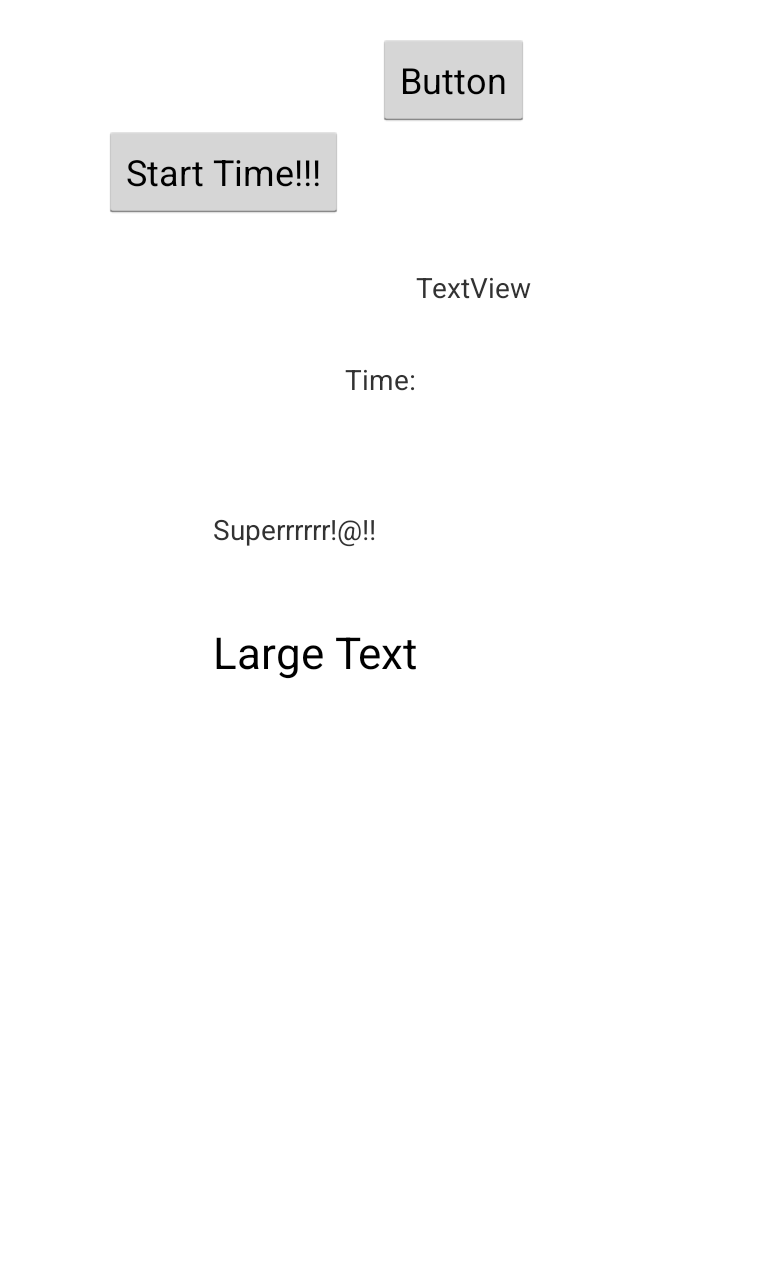
Repository: invader777/M-G
Layout: BrambrGambr/res/layout/activity_main_brambr.xml
An editor plug-in stored every save of this project. The layout is shown before and after the next save, followed by the edit.
It is drawn on a 768 x 1280 px phone screen (xhdpi) without system bars, with theme AppTheme; the app's code is not run.

Above is the layout before, as saved 2012-09-04 20:38:55.

After the next save:
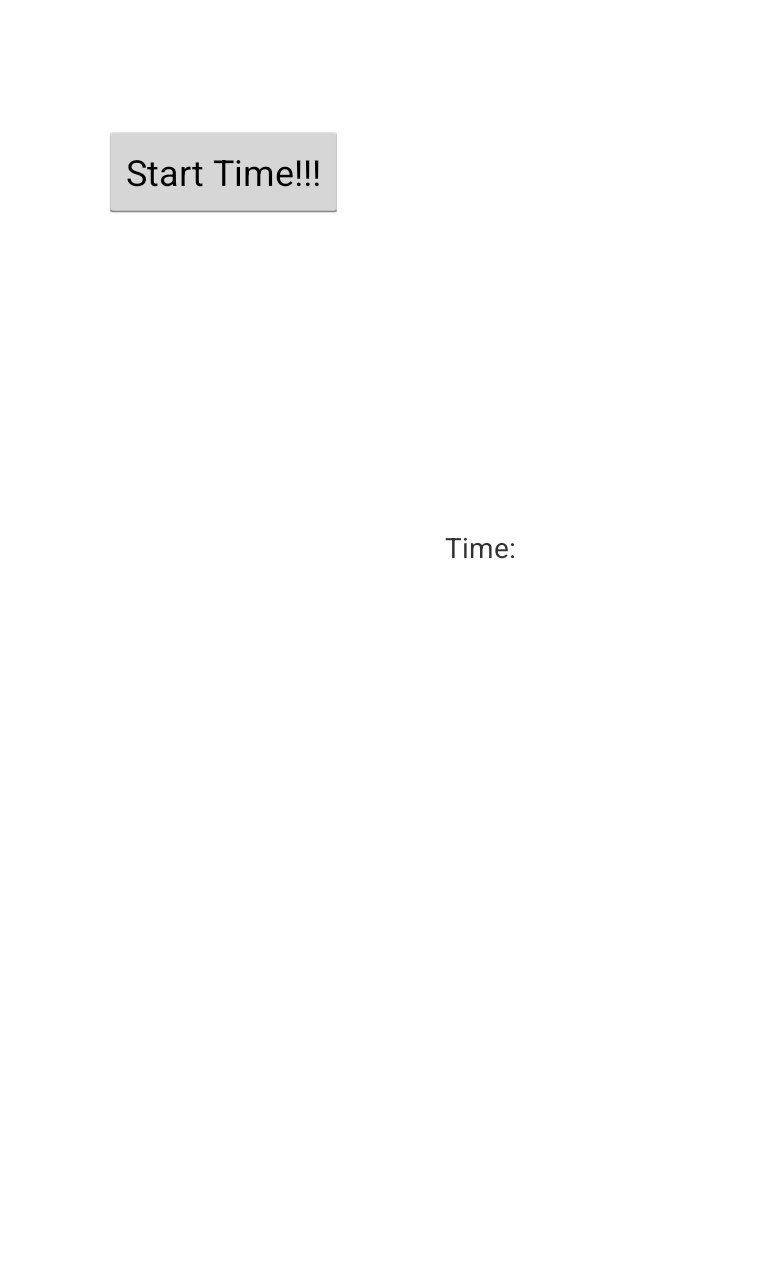
Saved 6 min 13 s later.
--- a/BrambrGambr/res/layout/activity_main_brambr.xml
+++ b/BrambrGambr/res/layout/activity_main_brambr.xml
@@ -19,48 +19,10 @@
         android:layout_width="wrap_content"
         android:layout_height="wrap_content"
         android:layout_below="@+id/button1"
-        android:layout_marginTop="70dp"
+        android:layout_marginLeft="50dp"
+        android:layout_marginTop="154dp"
         android:layout_toRightOf="@+id/button1"
         android:text="@string/time_value"
         tools:context=".MainBrambr" />
 
-    <TextView
-        android:id="@+id/textView1"
-        android:layout_width="wrap_content"
-        android:layout_height="wrap_content"
-        android:layout_alignRight="@+id/timerTextView"
-        android:layout_below="@+id/timerTextView"
-        android:layout_marginRight="20dp"
-        android:layout_marginTop="56dp"
-        android:text="@string/super_text"
-        tools:context=".MainActivity" />
-
-    <TextView
-        android:id="@+id/textView2"
-        android:layout_width="wrap_content"
-        android:layout_height="wrap_content"
-        android:layout_below="@+id/button1"
-        android:layout_marginTop="24dp"
-        android:layout_toRightOf="@+id/timerTextView"
-        android:text="TextView" />
-
-    <TextView
-        android:id="@+id/textView3"
-        android:layout_width="wrap_content"
-        android:layout_height="wrap_content"
-        android:layout_alignLeft="@+id/textView1"
-        android:layout_below="@+id/textView1"
-        android:layout_marginTop="37dp"
-        android:text="Large Text"
-        android:textAppearance="?android:attr/textAppearanceLarge" />
-
-    <Button
-        android:id="@+id/button2"
-        android:layout_width="wrap_content"
-        android:layout_height="wrap_content"
-        android:layout_alignParentTop="true"
-        android:layout_alignRight="@+id/textView2"
-        android:layout_marginTop="16dp"
-        android:text="Button" />
-
 </RelativeLayout>
